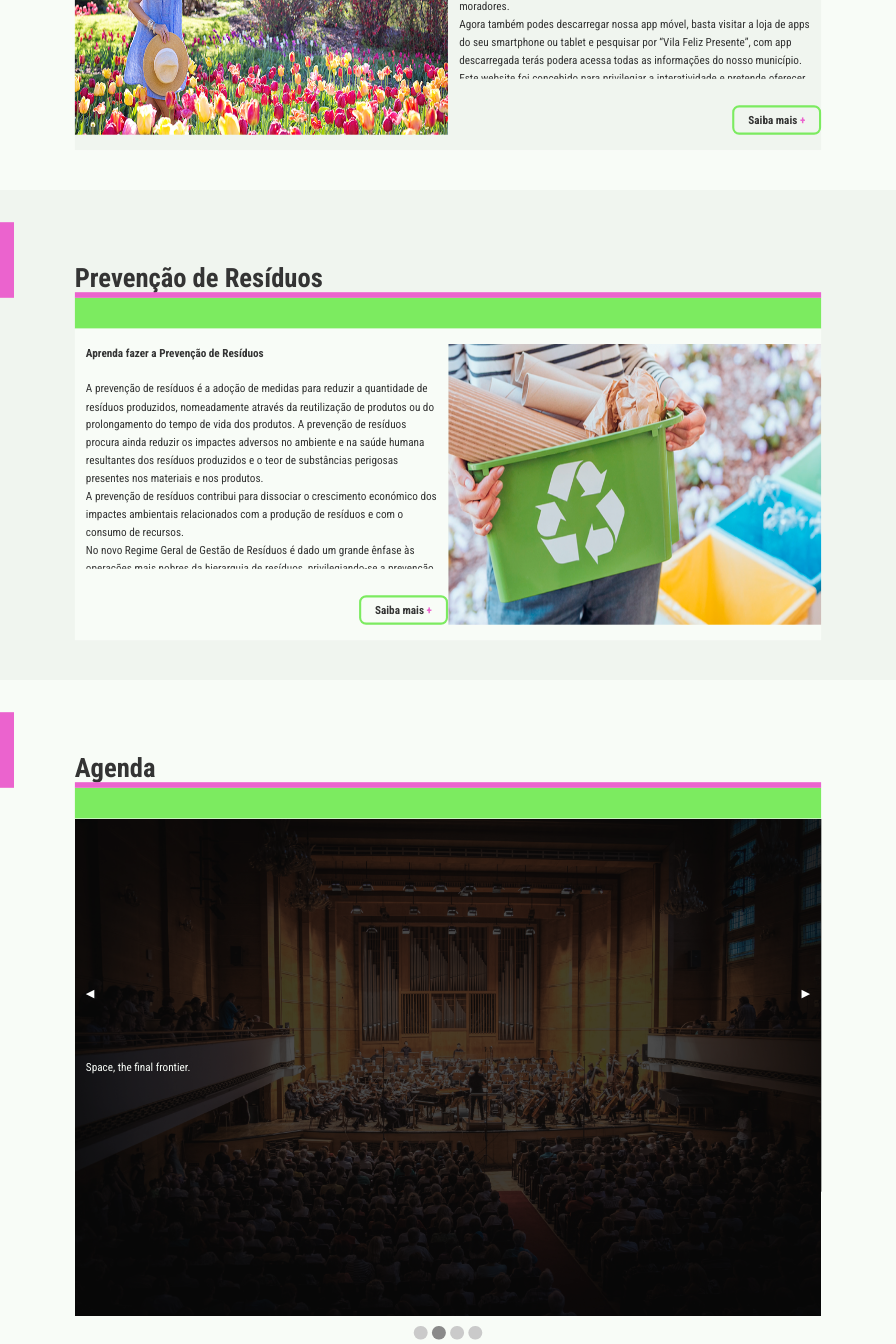
Repository: Goulart94/CmVilaFeliz
Page: index.html
An editor plug-in stored every save of this project. The page is shown before and after the next save, followed by the edit.
The browser window is 1280 px wide. The pictures show the part of the page from y = 3389 to 5309 px (the page is 5309 px tall before and 5060 px after), at 70% of full size.
The style sheet was rebuilt from its Sass, Less or Tailwind sources for each picture, by a compiler version that may differ from the author's.

Above is the page before, as saved 2022-05-15 22:20:37.

### index.html
<!doctype html>
<html class="no-js" lang="pt" dir="ltr">

<head>
  <meta charset="utf-8">
  <meta http-equiv="x-ua-compatible" content="ie=edge">
  <meta name="viewport" content="width=device-width, initial-scale=1.0">
  <title>Foundation for Sites</title>
  <link rel="stylesheet" href="css/foundation.css">
  <link rel="stylesheet" href="css/app.css">
  <link rel="preconnect" href="https://fonts.googleapis.com">
  <link rel="preconnect" href="https://fonts.gstatic.com" crossorigin>
  <link href="https://fonts.googleapis.com/css2?family=Roboto+Condensed:wght@400;700&display=swap" rel="stylesheet">
</head>

<body>

  <div class="ContaineHeader grid-x">
    <div class="logo cell small-4 medium-8 large-4">
      <img src="./images/logo.png" alt="logo">
    </div>
    <div class="navBar cell small-8 medium-4 large-8">
      <nav class="float-right">
        <ul>
          <li>Home</li>
          <li>Município</li>
          <li>Família</li>
          <li>Escolas</li>
          <li>Empresas</li>
        </ul>
      </nav>
    </div>
  </div>
  <!--section 1-->
  <section class="containerSectionOne grid-x">
    <div class="containerImg">
      <img src="./images/logolight.png" alt="Vila Feliz">
    </div>
  </section>
  <!--section 2-->
  <section class="containerSectionTwo">

    <div class="orbit" role="region" aria-label="Favorite Space Pictures" data-orbit>
      <ul class="orbit-container grid-x grid-margin-x ">
        <div class="news">
          <div class="now">ACONTECE EM VILA FELIZ</div>
          <div class="allNews">TODAS AS NOTICÍAS</div>
        </div>
        <button class="orbit-previous cell small-3"><span class="buttomSlider"> < </span> </button>
        <button class="orbit-next cell small-3"><span class="buttomSlider"> > </span></button>
        <li class="is-active orbit-slide">
          <img class="orbit-image" src="./images/teste1.jpg" alt="Space">
          <div class="orbit-caption grid-x">
            <div class="containerText cell small-6 medium-6 grid-margin-x">
              <h1>Sinfónica Série Clássica</h1>
              <p>Os concertos de sexta-feira à noite são especialmente dedicados à grande música sinfónica, àquelas
                obras-primas que nos arrebatam irresistivelmente e que deram forma ao cânone da música ocidental. Como
                esquecer as inspiradas sinfonias clássicas de Schubert, Haydn, Mozart e Beethoven? Ou a magnitude
                monumental de obras saídas da pena de Mahler e Bruckner? Todos estes são nomes que marcaram a vida
                musical de Viena, a capital do país que serve de tema à programação de 2018. Mas a Série Clássica
                apresenta também fabulosas sinfonias que pela sua sonoridade característica nos levam até outras
                paragens – seja a Finlândia de Sibelius, a Boémia de Dvořák ou as paisagens escocesas que inspiraram
                Mendelssohn, sem esquecer o maior sinfonista português de sempre, Joly Braga Santos. <br></br>

                A música concertante está também, como sempre, presente com solistas virtuosos e interpretações que
                ficam na memória. Joseph Swensen e Christian Zacharias renovam a tradição dos maestros-solistas, mas a
                Orquestra Sinfónica acompanha ainda o Stradivarius ex Viotti 1718 nas mãos experientes do multipremiado
                violinista vienense Benjamin Schmid, e dois jovens solistas com carreira em franca ascensão: a
                violinista georgiana Veriko Tchumburidze e o pianista português Pedro Emanuel Pereira, que interpretam
                os magníficos Concertos de Khatchaturian e de Grieg. Entre partituras tão sedutoras quanto Sonho de Uma
                Noite de Verão de Mendelssohn ou La Valse de Ravel, Don Juan de Strauss ou Danças Sinfónicas de
                Rachmaninoff, a Série Clássica surpreende com a revelação de uma fantástica obra perdida até há bem
                pouco tempo e que tem agitado as salas de concerto de todo o mundo: o Canto Fúnebre de Stravinski.
              </p>
              <div><button class="buttomInfo">Saiba mais <span>+</span></button></div>
            </div>
          </div>
        </li>
        <li class="orbit-slide">
          <img class="orbit-image" src="./images/teste2.jpg" alt="Space">
          <div class="orbit-caption grid-x">
            <div class="containerText cell small-6 medium-6 grid-margin-x">
              <h1>Vila Feliz tem doze praias com bandeira azul</h1>
              <p>Em 2022 o concelho de Odemira conta com 12 praias com Bandeira Azul, o símbolo de qualidade e
                excelência, atribuído pela ABAE – Associação Bandeira Azul da Europa. Nas praias do Malhão Norte, Malhão
                Sul, Franquia, Farol, Furnas Rio, Furnas Mar, Almograve Norte, Almograve Sul, Zambujeira do Mar,
                Alteirinhos, Carvalhal e na praia fluvial de Santa Clara volta a ser hasteada a Bandeira Azul.

                Foram aprovadas as 12 candidaturas apresentadas pela autarquia à Bandeira Azul, o que comprova a
                qualidade das praias odemirenses. Este ano, a época balnear no concelho de Odemira será fixada entre os
                dias 10 de junho e 18 de setembro.

                A Bandeira Azul é um símbolo de qualidade ambiental atribuído anualmente a praias fluviais e costeiras
                que se candidatem ao galardão e que cumpram um conjunto de critérios que incidem nas áreas da Informação
                e Educação Ambiental; Qualidade da Água; Gestão Ambiental e Equipamentos; Segurança e Serviços.

                No âmbito da educação ambiental, o Município de Odemira tem vindo a desenvolver um conjunto de
                atividades, à semelhança de anos anteriores, nas várias praias galardoadas, dedicadas ao tema do
                programa Bandeira Azul de 2022, a “Recuperação de Ecossistemas”.

                A Associação Bandeira Azul da Europa anunciou, no dia 28 de abril, em Cascais, as 393 praias portuguesas
                galardoadas em 2022 com Bandeira Azul pelo Júri Internacional.

                09 maio 2022
              </p>
              <div><button class="buttomInfo">Saiba mais <span>+</span></button></div>
            </div>
          </div>
        </li>
        <li class="orbit-slide">
          <img class="orbit-image" src="./images/teste3.jpg" alt="Space">
          <div class="orbit-caption grid-x">
            <div class="containerText cell small-6 medium-6 grid-margin-x">
              <h1>Município promove capacitação digital de adultos</h1>
              <p>A iniciativa é dirigida a voluntários e a adultos interessados em adquirir competências no mundo
                digital e terá dois momentos, a decorrer nos horários 10.00 / 12.30 horas e 14.00 /16.30 horas.

                Podem ser voluntários neste programa todos os cidadãos, maiores de 18 anos, que queiram
                ensinar/partilhar conhecimentos de tecnologias de informação e tenham gosto em ajudar os outros. Ao
                tornar-se Voluntário, qualquer cidadão pode ajudar a mudar a vida das pessoas que o rodeiam, quer em
                casa ou seio familiar, quer na comunidade. A formação de mentores é gratuita e vai ajudar a compreender
                como se pode ensinar a utilização da internet a alunos mais velhos. Será efetuada na plataforma do
                programa, em vídeo, ou no dia 14 de maio, no Cineteatro Camacho Costa. Quando for concluída a formação,
                será emitido um Certificado de Mentor EUSOUDIGITAL e o participante ficará apto a ensinar a utilizar a
                internet no dia-a-dia e contribuir para tornar Portugal mais digital.

                O programa é dirigido a adultos maiores de 45 anos que pretendam adquirir competências digitais básicas.
                Os
              </p>
              <div><button class="buttomInfo">Saiba mais <span>+</span></button></div>
            </div>
          </div>
        </li>
        <li class="orbit-slide">
          <img class="orbit-image" src="./images/teste4.jpg" alt="Space">
          <div class="orbit-caption grid-x">
            <div class="containerText cell small-6 medium-6 grid-margin-x">
              <h1>Associação promove limpeza em praias</h1>
              <p>A iniciativa contou com a adesão de 100 pessoas, entre sócios e comunidade local, que recolheram um
                total de 1 tonelada de lixo, sendo este na sua maioria lixo relacionado com a atividade piscatória.
                No final houve lugar para um momento de convívo que contou com o apoio da Junta de Freguesia de Vila
                Nova de Milfontes.
                A Associação está a planear a realização de uma nova ação de sensibilização para o final da época
                balnear de 2022.
                Estas iniciativas têm como principal objetivo alertar a população para a importância da conservação e
                manutenção do meio ambiente.
                <br />
                No final houve lugar para um momento de convívo que contou com o apoio da Junta de Freguesia de Vila
                Nova de Milfontes.
                A Associação está a planear a realização de uma nova ação de sensibilização para o final da época
                balnear de 2022.
                Estas iniciativas têm como principal objetivo alertar a população para a importância da conservação e
                manutenção do
                22 abril 2022
              </p>
              <div><button class="buttomInfo">Saiba mais <span>+</span></button></div>
            </div>
          </div>
        </li>
      </ul>
    </div>
  </section>
  <!--section 3-->
  <section class="conteinerSectiontree grid-x">

    <div class="containerTextAPP cell small-7 medium-7 large-7 grid-margin-x">
      <div class="textApp">
        <h1>Agora pode descarregar a nossa app do Cidadão</h1>
        <p>
          Descarregue a nossa aplicação e fique conectado tudo que acontece
          em nosso município. Descarregue já gratuitamente clicando nos botões a baixo,
          versões para Android e IOS.
        </p>
        <div class="containerButtom">
          <button class="buttomPlayStore">Play Store</button>
          <button class="buttomAppStore">App Store</button>
        </div>
      </div>
    </div>
    <div class="contentPhone  cell small-5 medium-5 large-5 ">
      <div>
        <img src="./images/phone.png" alt="phone-app">
      </div>
    </div>

  </section>
  <!--section 4-->
  <section class=" containerSection bgGray150">
    <div class="contentHeader grid-x ">
      <div class="formaContent cell small-1 medium-1 large-1 ">
        <div class="formaSmall"></div>
      </div>
      <div class="divTitle cell small-10 medium-10 large-10">
        <span class="title">Atalhos</span>
        <div class="formaLarge"></div>
      </div>

    </div>
    <div class="contentShortcuts grid-x ">
      <div class=" cell small-10 medium-offset-1 large-10  grid-x ">
        <div class=" cell small-3 medium-3 large-3">
          <div class="shortcuts">
            <h3>Município</h3>
            <span>Ação Social</span>
            <ul>
              <li><a>Vila Feliz Solidária</a></li>
              <li><a>Local de Voluntariado</a> </li>
              <li><a>Comissão de Proteção de Crianças</a></li>
              <li><a>Preparação Individualizada</a></li>
            </ul>
          </div>

        </div>
        <div class="cell small-3 medium-3 large-3">
          <div class="shortcuts">
            <h3>Escolas</h3>
            <span>Educação</span>
            <ul>
              <li><a>Conselho Municipal de Educação</a></li>
              <li><a>
                  Escolas do Concelho
                </a> </li>
              <li><a>Refeições Escolares</a></li>
              <li><a>Transportes Escolares</a></li>
            </ul>
          </div>

        </div>
        <div class="cell small-3 medium-3 large-3">
          <div class="shortcuts">
            <h3>Família</h3>
            <span>Lazer</span>
            <ul>
              <li><a>Vila Feliz turismo</a></li>
              <li><a>Áreas verdes</a> </li>
              <li><a>Parques</a></li>
              <li><a>Eventos</a></li>
            </ul>
          </div>
        </div>
        <div class="cell small-3 medium-3 large-3">
          <div class="shortcuts">
            <h3>Empresas</h3>
            <span>Empreendedorismo</span>
            <ul>
              <li><a>Incubadora de Empresas</a></li>
              <li><a>Local de Voluntariado</a> </li>
              <li><a>Gabinete de Apoio ao Empresário</a></li>
              <li><a>Vila Feliz living</a></li>
            </ul>
          </div>
        </div>
      </div>
    </div>
  </section>
  <!--section 5-->
  <section class=" containerSection bgGray50 ">
    <div class="contentHeader grid-x ">
      <div class="formaContent cell small-1 medium-1 large-1 ">
        <div class="formaSmall"></div>
      </div>
      <div class="divTitle cell small-10 medium-10 large-10">
        <span class="title">Sobre o Projeto</span>
        <div class="formaLarge"></div>
      </div>
    </div>
    <div class="contentAboutUs grid-x ">
      <div class=" cell small-10 medium-offset-1 large-10  grid-x ruleGreen"></div>
      <div class=" cell small-10 medium-offset-1 large-10  grid-x bgGray150">
        <div class="cell small-6 medium-6 large-6 containerImg">
          <div class="contentImg">
            <img src="./images/about.png" alt="mulher no jardim">
          </div>
        </div>
        <div class="cell small-6 medium-6 large-6 containerText">
          <div class="contentText">
            <p>
              <span>Bem Vindo ao "website" do Município de Vila Feliz</span><br />
              <br />
              Nos dias que correm, a Internet é uma peça decisiva na nossa vida e seguramente, sê-lo-á cada vez mais.
              Por
              isso apostamos neste site.<br />
              O Município de Vila Feliz proporciona-lhe desta forma uma renovada plataforma de comunicação, que pretende
              ser uma “porta aberta” para o concelho e para a sua Câmara Municipal, com novas funcionalidades,
              valorizando
              a relação de proximidade que pretendo ter, sempre, com os seus moradores.<br />
              Agora também podes descarregar nossa app móvel, basta visitar a loja de apps do seu smartphone ou tablet e
              pesquisar por “Vila Feliz Presente”, com app descarregada terás podera acessa todas as informações do
              nosso
              município.<br />
              Este website foi concebido para privilegiar a interatividade e pretende oferecer um serviço aos munícipes
              e
              a todos aqueles que querem acompanhar o trabalho da Câmara Municipal de Vila Feliz, a vida do concelho em
              geral e a possibilidade de intervir e contribuir de uma forma mais ativa para o seu desenvolvimento. (...)
            </p>
            <div>
              <button class="buttomKnowMore">Saiba mais <span>+</span></button></div>
          </div>
        </div>
      </div>
    </div>
  </section>
  <!--section 6-->
  <section class=" containerSection bgGray150 ">
    <div class="contentHeader grid-x ">
      <div class="formaContent cell small-1 medium-1 large-1 ">
        <div class="formaSmall"></div>
      </div>
      <div class="divTitle cell small-10 medium-10 large-10">
        <span class="title">Prevenção de Resíduos</span>
        <div class="formaLarge"></div>
      </div>
    </div>
    <div class="contentAboutUs grid-x ">
      <div class=" cell small-10 medium-offset-1 large-10  grid-x ruleGreen"></div>
      <div class=" cell small-10 medium-offset-1 large-10  grid-x bgGray50">
        <div class="cell small-6 medium-6 large-6 containerText">
          <div class="contentText">
            <p>
              <span>Aprenda fazer a Prevenção de Resíduos</span><br />
              <br />
              A prevenção de resíduos é a adoção de medidas para reduzir a quantidade de resíduos produzidos, nomeadamente através da reutilização de produtos ou do prolongamento do tempo de vida dos produtos. A prevenção de resíduos procura ainda reduzir os impactes adversos no ambiente e na saúde humana resultantes dos resíduos produzidos e o teor de substâncias perigosas presentes nos materiais e nos produtos.<br/>

              A prevenção de resíduos contribui para dissociar o crescimento económico dos impactes ambientais relacionados com a produção de resíduos e com o consumo de recursos.<br/>

              No novo Regime Geral de Gestão de Resíduos é dado um grande ênfase às operações mais nobres da hierarquia de resíduos, privilegiando-se a prevenção de resíduos, nível superior da pirâmide, e promovendo a reutilização dos produtos por exemplo através do recurso a materiais reutilizáveis ou à doação de produtos, prolongando a sua vida útil e contribuindo assim para a redução de resíduos. Adicionalmente são introduzidas disposições(...)
            </p>
            <div>
              <button class="buttomKnowMore">Saiba mais <span>+</span></button></div>
          </div>

        </div>
        <div class="cell small-6 medium-6 large-6 containerImg">
          <div class="contentImg">
            <img src="./images/prevenção.png" alt="mulher no jardim">
          </div>
        </div>
      </div>
    </div>



  </section>
  <!--section 7-->
  <section class=" containerSection bgGray50 ">
    <div class="contentHeader grid-x ">
      <div class="formaContent cell small-1 medium-1 large-1 ">
        <div class="formaSmall"></div>
      </div>
      <div class="divTitle cell small-10 medium-10 large-10">
        <span class="title">Agenda</span>
        <div class="formaLarge"></div>
      </div>

    </div>
    <div class="contentShortcuts grid-x ">
      <div class=" cell small-10 medium-offset-1 large-10  grid-x ruleGreen"></div>
      <div class=" cell small-10 medium-offset-1 large-10  grid-x ">

        <div class="orbit contentDates bgGray150" role="region" aria-label="Favorite Space Pictures" data-orbit>
          <div class="orbit-wrapper">
            <div class="orbit-controls">
              <button class="orbit-previous"><span class="show-for-sr">Previous Slide</span>&#9664;&#xFE0E;</button>
              <button class="orbit-next"><span class="show-for-sr">Next Slide</span>&#9654;&#xFE0E;</button>
            </div>
            <ul class="orbit-container">
              <li class="is-active orbit-slide">
                <figure class="orbit-figure">
                  <img class="orbit-image" src="./images/teste1.jpg" alt="Space">
                  <figcaption class="orbit-caption">Space, the final frontier.</figcaption>
                </figure>
              </li>
              <li class="orbit-slide">
                <figure class="orbit-figure">
                  <img class="orbit-image" src="https://placehold.it/1200x600/888?text=Slide-2" alt="Space">
                  <figcaption class="orbit-caption">Lets Rocket!</figcaption>
                </figure>
              </li>
              <li class="orbit-slide">
                <figure class="orbit-figure">
                  <img class="orbit-image" src="https://placehold.it/1200x600/777?text=Slide-3" alt="Space">
                  <figcaption class="orbit-caption">Encapsulating</figcaption>
                </figure>
              </li>
              <li class="orbit-slide">
                <figure class="orbit-figure">
                  <img class="orbit-image" src="https://placehold.it/1200x600/666&text=Slide-4" alt="Space">
                  <figcaption class="orbit-caption">Outta This World</figcaption>
                </figure>
              </li>
            </ul>
          </div>
          <nav class="orbit-bullets">
            <button class="is-active" data-slide="0">
              <span class="show-for-sr">First slide details.</span>
              <span class="show-for-sr" data-slide-active-label>Current Slide</span>
            </button>
            <button data-slide="1"><span class="show-for-sr">Second slide details.</span></button>
            <button data-slide="2"><span class="show-for-sr">Third slide details.</span></button>
            <button data-slide="3"><span class="show-for-sr">Fourth slide details.</span></button>
          </nav>
        </div>

      </div>
  </section>
  <!--Footer-->







  <script src="js/vendor/jquery.js"></script>
  <script src="js/vendor/what-input.js"></script>
  <script src="js/vendor/foundation.js"></script>
  <script src="js/app.js"></script>
</body>

</html>

Loaded but not shown: js/vendor/jquery.js (library); js/vendor/what-input.js (library); js/vendor/foundation.js (library); js/app.js (common file); css/foundation.scss (6468 lines, source omitted); css/app.scss (458 lines, source omitted)

After the next save:
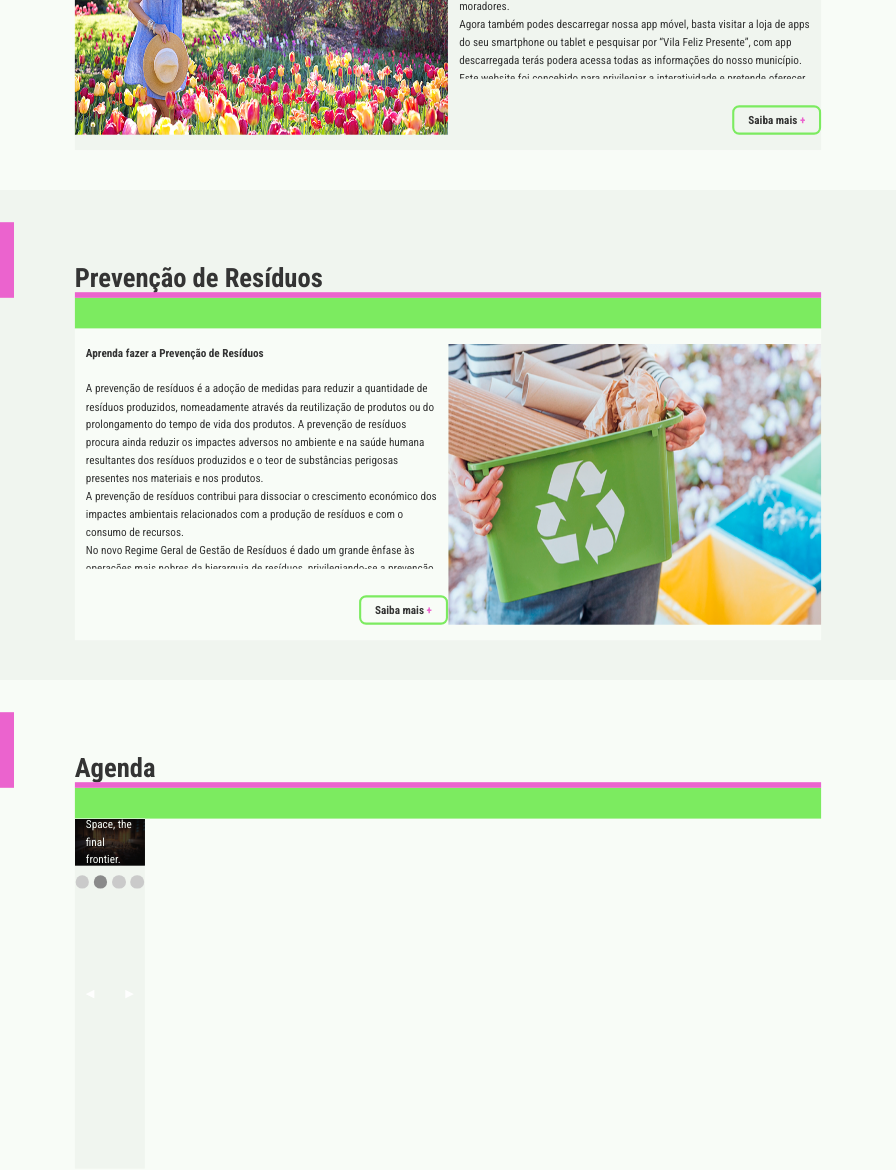
Saved 91 s later.
--- a/index.html
+++ b/index.html
@@ -355,9 +355,9 @@
     </div>
     <div class="contentShortcuts grid-x ">
       <div class=" cell small-10 medium-offset-1 large-10  grid-x ruleGreen"></div>
-      <div class=" cell small-10 medium-offset-1 large-10  grid-x ">
-
-        <div class="orbit contentDates bgGray150" role="region" aria-label="Favorite Space Pictures" data-orbit>
+      <div class=" cell small-10 medium-offset-1 large-10  contentDates grid-x ">
+
+        <div class="orbit  bgGray150" role="region" aria-label="Favorite Space Pictures" data-orbit>
           <div class="orbit-wrapper">
             <div class="orbit-controls">
               <button class="orbit-previous"><span class="show-for-sr">Previous Slide</span>&#9664;&#xFE0E;</button>
